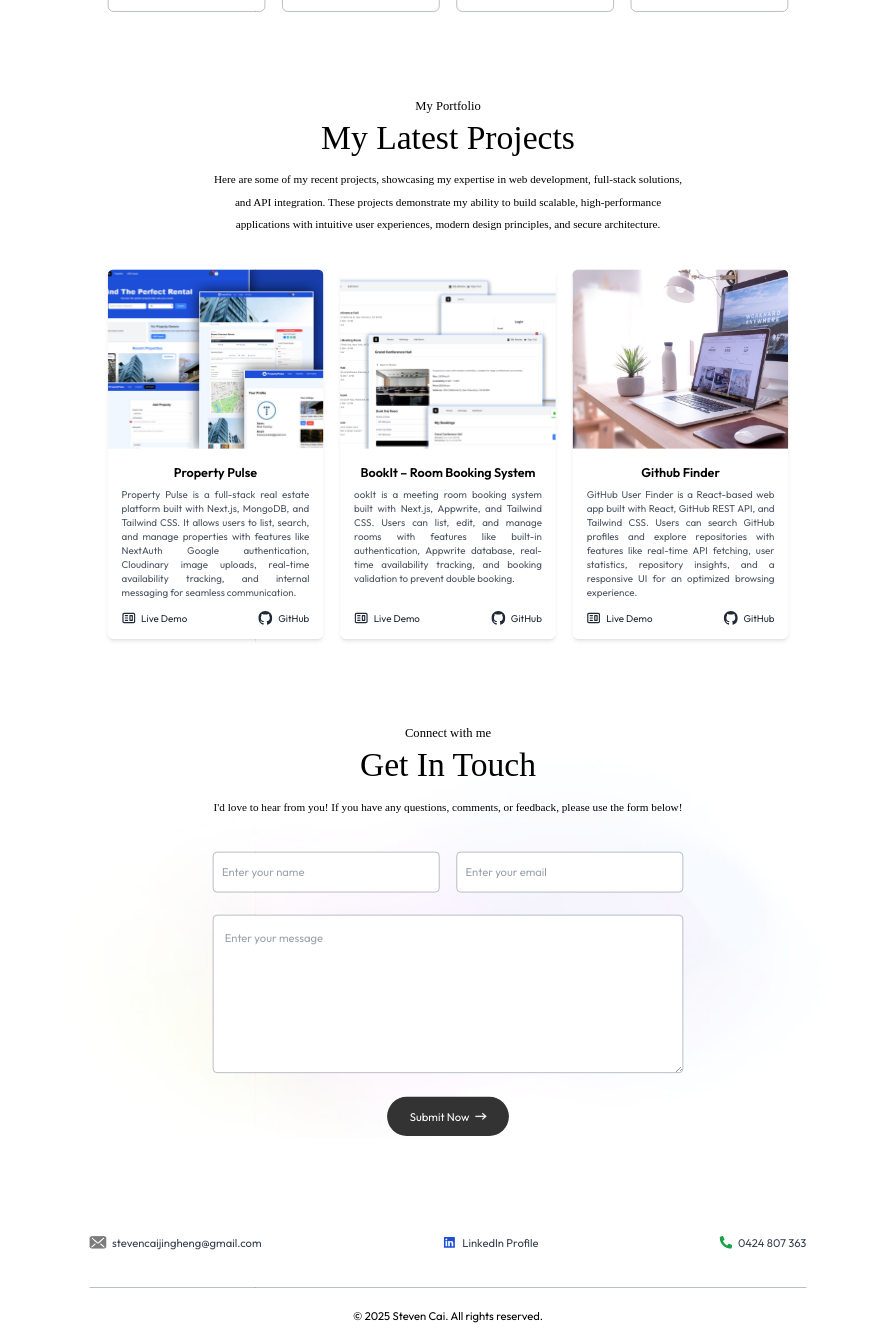
Repository: Steven4cai/profolio
Page: /
These files come from the project's save history. The page is drawn as it stood at one moment and after a run of saves; the edit follows.
The browser window is 1280 px wide. The pictures show the part of the page from y = 2257 to 4177 px (the page is 4177 px tall), at 70% of full size.
Some web fonts or font styles are not loaded; a fallback is used. The project was rebuilt for these pictures with package versions that can differ from the ones it lists, and the page was loaded fresh each time. The framework's server and built-in components were replaced by stand-ins that run in the browser. Also part of the build but not shown: next.config.mjs.

Above is the page before, as saved 2025-02-09 14:27:28.

### app/layout.js
import {Outfit,Ovo} from "next/font/google";
import "./globals.css";

const outfit = Outfit({
  subsets: ["latin"],weight:["400","500","600","700"]
});

const ovo = Ovo({
  subsets: ["latin"],weight:["400"]
});

export const metadata = {
  title: "Profolio - Steven",
  description: "",
};

export default function RootLayout({ children }) {
  return (
    <html lang="en" className="scroll-smooth ">
      <body className={`${outfit.className} ${ovo.className} antialiased leading-8 overflow-x-hidden
      dark:bg-darkTheme dark:text-white`}>
        <main>{children}</main>
      </body>
    </html>
  );
}

### app/page.js
'use client'
import About from "@/components/About";
import Header from "@/components/Header";
import Navbar from "@/components/Navbar";
import Services from "@/components/Services";
import Work from "@/components/Work";
import Contact from "@/components/Contact";
import Footer from "@/components/Footer";
import { useEffect, useState } from "react";

export default function Home() {
  const [isDark,setIsDark] = useState(false)

  useEffect(()=>{
    if(localStorage.theme === 'dark' || (!('theme' in localStorage) && window.matchMedia('(prefers-color-scheme:dark)').matches)){
      setIsDark(true)
    }else{
      setIsDark(false)
    }
  },[])

  useEffect(()=>{
    if(isDark){
      document.documentElement.classList.add('dark')
      localStorage.theme = 'dark'
    }else{
      document.documentElement.classList.remove('dark')
      localStorage.theme = ''
    }
  } ,[isDark])
  return (
    <>
    <Navbar isDark = {isDark} setIsDark = {setIsDark}/>
    <Header isDark = {isDark}/>
    <About isDark = {isDark}/>
    <Services isDark = {isDark}/>
    <Work isDark = {isDark}/>
    <Contact isDark = {isDark}/>
    <Footer isDark = {isDark}/>
    </>
  );
}

### components/About.jsx
import Image from 'next/image'
import React from 'react'
import {assets, infoList, toolsData} from '@/assets/assets'


const About = ({isDark}) => {
  return (
    <div id='about' className='w-full px-[12%] py-10 scroll-mt-20'>
      <h4 className='text-center mb-2 text-lg font-Ovo'>Introduction</h4>
      <h2 className='text-center text-5xl font-Ovo'>About Me</h2>

    <div className='flex w-full flex-col lg:flex-row items-center gap-20 my-20'>
        <div className='w-64 sm:w-80 rounded-3xl max-w-none'>
            <Image src={assets.user_image} alt='user'
            className='w-full rounded-3xl'/>
        </div>
        <div className='flex-1'>
            <p className='mb-10 max-w-2xl font-Ovo'>
            I am a web developer with a background in IT and software
         engineering. I specialize in building scalable and efficient web
          applications, focusing on clean code, performance optimization,
          and user experience. Skilled in both front-end and back-end
          technologies, I am always eager to learn and apply new solutions.
            </p>
            <ul className='grid grid-cols-1 sm:grid-cols-3 gap-6 max-w-2xl'>
                {infoList.map((info,index) => (
                    <li
                    className='border-[0.5px] border-gray-400 rounded-xl p-6
                    cursor-pointer hover:bg-lightHover hover:-translate-y-1 duration-500
                    hover:shadow-black
                    dark:border-white dark:hovr:shadow-white dark:hover:bg-darkHover/50'
                    key={index}>
                        <Image src={isDark ? info.iconDark : info.icon} alt={info.title} className='w-7 mt-3'/>
                        <h3 className='my-4 font-semiblod text-gray-700 dark:text-white'>{info.title}</h3>
                        <p className='text-gray-600 text-sm dark:text-white/80'>{info.description}</p>
                    </li>
                ))}
            </ul>

            <h4 className='my-6 text-gray-700 font-Ovo dark:text-white/80'>Tools I use</h4>


                <ul className='flex items-center gap-3 sm:gap-5'>
                    {toolsData.map((tool,index) => (
                        <li className=
                        'flex items-center justify-center w-12 sm:w-14 aspect-square border border-gray-400 rounded-lg cursor-pointer hover:-translate-y-1 duration-500'
                         key={index}>
                            <Image src={tool} alt='Tool' className='w-5 sm:w-7' />
                        </li>
                    ))}
                </ul>
        </div>
    </div>

    </div>
  )
}

export default About

### components/Header.jsx
import React from 'react'
import Image from 'next/image'
import {assets} from '@/assets/assets'

const Header = () => {
  return (
    <div className=
    'w-11/12 max-w-3xl text-center mx-auto h-screen flex flex-col items-center justify-center gap-4'>
      <div>
        <Image src={assets.profile_img} alt='' className='rounded-full w-32'/>
      </div>
      <h3 className='flex items-end gap-2 text-xl md:text-2xl mb-3 font-Ovo'>Hi! I'm Steven Cai <Image src={assets.hand_icon} alt='' className='w-6'/></h3>
        <h1 className='text-3xl sm:text-6xl lg:text-[66px] font-Ovo'>Frontend web developer based in Sydney</h1>
        <p className='max-w-2xl mx-auto font-Ovo'>
          Web developer with a strong foundation in software engineering,
           specializing in building efficient, scalable, and user-friendly
            applications.
        </p>
        <div className=
        'flex flex-col sm:flex-row items-center gap-4 mt-4'>
            <a href="#contact"
             className='px-10 py-3 border rounded-full bg-black text-white flex items-center gap-2
             dark:bg-transparent'>
                Contact me  <Image src={assets.right_arrow_white} alt='' className='w-4'/></a>
            <a href="/Steven_Cai_ITResume.pdf" download
            className='px-10 py-3 border rounded-full border-gray-500 flex items-center gap-2
            bg-white dark:text-black'
            >My resume  <Image src={assets.download_icon} alt='' className='w-4'/></a>

        </div>


    </div>
  )
}

export default Header

### components/Navbar.jsx
'use client'

import Image from 'next/image'
import React, { useEffect, useState } from 'react'
import {assets} from '@/assets/assets'

const Navbar = ({isDark,setIsDark}) => {
    const [isScroll, setIsScrool] = useState(false)

    const [isMenuOpen, setIsMenuOpen] = useState(false);

    const openMenu = () => {
        setIsMenuOpen(true);
    };

    const closeMenu = () => {
        setIsMenuOpen(false);
    };

    useEffect(()=>{
        window.addEventListener('scroll',()=>{
            if(scrollY > 50){
                setIsScrool(true)
            }else{
                setIsScrool(false)
            }
        })
    } ,[])

    return (
        <>
            <div className='fixed top-0 right-0 w-11/12 -z-10 translate-y-[-80%] dark:hidden'>
                <Image src={assets.header_bg_color} alt='' className='w-full' />
            </div>

            <nav className={`w-full fixed px-5 lg:px-8 xl:px-[8%] py-4 flex
                items-center justify-between z-50 ${isScroll
                ? 'bg-white bg-opacity-50 backdrop-blur-lg shadow-sm dark:bg-darkTheme dark:shadow-white/20'
                : ''}`}>
                <a href="#top">
                    <Image alt='logo' className='w-28 cursor-pointer mr-14 bg-white rounded-full' src={assets.logo} />
                </a>

                <ul className={`hidden md:flex items-center gap-6
                    lg:gap-8 rounded-full px-12 py-3
                    ${isScroll ?'' : 'bg-white shadow-sm bg-opacity-50 dark:border dark:border-white/50 dark:bg-transparent'}`}>
                    <li><a className='font-Ovo' href="#top">Home</a></li>
                    <li><a className='font-Ovo' href="#about">About me</a></li>
                    <li><a className='font-Ovo' href="#services">Services</a></li>
                    <li><a className='font-Ovo' href="#work">My Work</a></li>
                    <li><a className='font-Ovo' href="#contact">Contact me</a></li>
                </ul>

                <div className='flex items-center gap-4'>

                    <button onClick={() => setIsDark(prev => !prev)}>
                        <Image src={isDark ? assets.sun_icon : assets.moon_icon} alt='' className='w-6' />
                    </button>

                    <a href='/contact' className='hidden lg:flex items-center gap-3 px-10 py-2.5
                    border border-gray-500 rounded-full ml-4 font-Ovo
                    dark:border-white/50'>
                        Contact <Image className='w-3' src={isDark ?assets.arrow_icon_dark :assets.arrow_icon} alt='arrowicon' />
                    </a>

                    {/* Menu Button for Mobile */}
                    <button className='block md:hidden ml-3' onClick={openMenu}>
                        <Image src={isDark ?assets.menu_white :assets.menu_black} alt='' className='w-6' />
                    </button>
                </div>

                {/* Mobile Menu */}
                <ul className={`flex flex-col gap-4 py-20 px-10
                fixed -right-0 top-0 bottom-0 w-64 z-50 h-screen bg-rose-50
                transition duration-500' dark:bg-darkHover dark:text-white
                ${isMenuOpen ? 'translate-x-0' : 'translate-x-[16rem]'} md:hidden`}>
                    {/* Close Button */}
                    <div className='absolute right-6 top-6' onClick={closeMenu}>
                        <Image src={isDark ?assets.close_white :assets.close_black} alt='' className='w-5 cursor-pointer' />
                    </div>

                    <li><a onClick={closeMenu} className='font-Ovo' href="#top">Home</a></li>
                    <li><a onClick={closeMenu} className='font-Ovo' href="#about">About me</a></li>
                    <li><a onClick={closeMenu} className='font-Ovo' href="#services">Services</a></li>
                    <li><a onClick={closeMenu} className='font-Ovo' href="#work">My Work</a></li>
                    <li><a onClick={closeMenu} className='font-Ovo' href="#contact">Contact me</a></li>
                </ul>
            </nav>
        </>
    )
}

export default Navbar;

### components/Services.jsx
import React from "react";
import { TbWorld } from "react-icons/tb";
import { RiStackFill } from "react-icons/ri";
import { AiOutlineApi } from "react-icons/ai";
import { MdSecurity } from "react-icons/md";

export const serviceData = [
  { icon: <TbWorld className="text-4xl text-gray-700 dark:text-white" />, title: 'Frontend Development', description: 'Building modern, responsive, and interactive web applications using React.js, Next.js, and Tailwind CSS to ensure seamless user experience.', link: '' },
  { icon: <RiStackFill className="text-4xl text-gray-700 dark:text-white" />, title: 'Full-Stack Development', description: 'Developing scalable web applications with Next.js, Appwrite, MongoDB, and Firebase, handling both frontend and backend efficiently.', link: '' },
  { icon: <AiOutlineApi className="text-4xl text-gray-700 dark:text-white" />, title: 'API Development & Integration', description: 'Creating and integrating RESTful APIs to enable smooth data communication between systems, ensuring high performance and security.', link: '' },
  { icon: <MdSecurity className="text-4xl text-gray-700 dark:text-white" />, title: 'Authentication & Security', description: 'Implementing secure authentication using NextAuth.js, OAuth, JWT, and Firebase Auth, ensuring data protection and user privacy.', link: '' },
];

const Services = () => {
  return (
    <div id='services' className='w-full px-[12%] py-10 scroll-mt-20'>
      <h4 className='text-center mb-2 text-lg font-Ovo'>What I offer</h4>
      <h2 className='text-center text-5xl font-Ovo'>My Services</h2>

      <p className='text-center max-w-2xl mx-auto mt-5 mb-12 font-Ovo'>
        I design and develop modern, high-performance web applications with
        a focus on efficiency, scalability, and seamless user experience. Whether
        it’s front-end UI/UX, full-stack solutions, or API integrations,
        I build robust and maintainable systems tailored to business needs.
      </p>

      <div className='grid grid-cols-1 sm:grid-cols-2 md:grid-cols-4 gap-6 my-10'>
        {serviceData.map(({ icon, title, description, link }, index) => (
          <div
            className='border border-gray-400 rounded-lg px-8 py-10 flex flex-col items-center text-center
              hover:shadow-black cursor-pointer hover:bg-lightHover hover:-translate-y-1 duration-500
              dark:hover:bg-darkHover dark:hover:shadow-white'
            key={index}
          >
            {icon}
            <h3 className='text-lg my-4 text-gray-700 dark:text-white'>{title}</h3>
            <p className='text-sm text-gray-600 leading-5 dark:text-white/80'>{description}</p>
          </div>
        ))}
      </div>
    </div>
  );
};

export default Services;

### components/Work.jsx
import { assets, workData } from '@/assets/assets';
import React from 'react';
import Image from 'next/image';
import Link from 'next/link';
import { BsGithub } from 'react-icons/bs';
import { CgWebsite } from 'react-icons/cg';

const Work = ({ isDark }) => {
  return (
    <div id="work" className="w-full px-[12%] py-10 scroll-mt-20">
      <h4 className="text-center mb-2 text-lg font-Ovo">My Portfolio</h4>
      <h2 className="text-center text-5xl font-Ovo">My Latest Projects</h2>

      <p className="text-center max-w-2xl mx-auto mt-5 mb-12 font-Ovo">
      Here are some of my recent projects, showcasing my expertise in web
       development, full-stack solutions, and API integration. These projects
        demonstrate my ability to build scalable, high-performance applications
         with intuitive user experiences, modern design principles, and secure
         architecture.
      </p>

      <div className="grid grid-cols-1 sm:grid-cols-2 md:grid-cols-3 gap-6 my-10">
  {workData.map((work, index) => (
    <div
      key={index}
      className="flex flex-col bg-white dark:bg-gray-900 rounded-lg shadow-md overflow-hidden group cursor-pointer"
    >
      {/* 背景图片部分 */}
      <div
        className="h-64 bg-cover bg-center transition-transform duration-500 group-hover:scale-105"
        style={{ backgroundImage: `url(${work.bgImage})` }}
      ></div>

      {/* 文字部分 */}
      <div
        className="p-5 w-full flex flex-col flex-grow transition-all duration-500 group-hover:-translate-y-2"
      >
        <h2 className="font-semibold text-lg dark:text-white text-center">
          {work.title}
        </h2>
        <p className="text-sm text-gray-600 dark:text-gray-300 mt-2 text-justify flex-grow">
          {work.description}
        </p>

        {/* 按钮部分 */}
        <div className="mt-4 flex justify-between items-center">
          <Link
            href={work.website}
            target="_blank"
            className="flex items-center gap-2 text-sm text-gray-800 dark:text-white hover:text-blue-500 transition-colors"
          >
            <CgWebsite className="text-xl" /> Live Demo
          </Link>

          <Link
            href={work.github}
            target="_blank"
            className="flex items-center gap-2 text-sm text-gray-800 dark:text-white hover:text-gray-600 transition-colors"
          >
            <BsGithub className="text-xl" /> GitHub
          </Link>
        </div>
      </div>
    </div>
  ))}
</div>

    </div>
  );
};

export default Work;

### components/Contact.jsx
'use client'
import { assets } from '@/assets/assets'
import React,{ useState } from 'react'
import Image from 'next/image'
const Contact = () => {

    const [result, setResult] = React.useState("");

  const onSubmit = async (event) => {
    event.preventDefault();
    setResult("Sending....");
    const formData = new FormData(event.target);

    formData.append("access_key", "d1d257f8-3b83-45d6-8d1c-4f4ca340e588");

    const response = await fetch("https://api.web3forms.com/submit", {
      method: "POST",
      body: formData
    });

    const data = await response.json();

    if (data.success) {
      setResult("Form Submitted Successfully");
      event.target.reset();
    } else {
      console.log("Error", data);
      setResult(data.message);
    }
  };


  return (
    <div id='contact' className='w-full px-[12%] py-10 scroll-mt-20 bg-[url("/footer-bg-color.png")] bg-no-repeat
    bg-center bg-[length:90%_auto] dark:bg-none'>
        <h4 className='text-center mb-2 text-lg font-Ovo'>Connect with me</h4>
        <h2 className='text-center text-5xl font-Ovo'>Get In Touch</h2>

        <p className='text-center max-w-2xl mx-auto mt-5 mb-12 font-Ovo'>
       I'd love to hear from you! If you have any questions, comments, or feedback, please use the form below!
        </p>

        <form onSubmit={onSubmit} className='max-w-2xl mx-auto'>
            <div className='grid grid-cols-auto gap-6 mt-10 mb-8'>
                <input
                className='flex-1 p-3 outline-none border-[0.5px] border-gray-400 rounded-md bg-white
                dark:bg-darkHover/30 dark:border-white/90'
                type="text" placeholder='Enter your name' required name="name" />
                <input
                className='flex-1 p-3 outline-none border-[0.5px] border-gray-400 rounded-md bg-white
                dark:bg-darkHover/30 dark:border-white/90'
                type="email" placeholder='Enter your email' required name="email" />
            </div>
            <textarea
            className='w-full p-4 outline-none border-[0.5px] border-gray-400 rounded-md bg-white mb-6
            dark:bg-darkHover/30 dark:border-white/90'
            rows={6} placeholder='Enter your message'  name="message" required></textarea>
            <button
            className='py-3 px-8 w-max flex items-center justify-between gap-2 bg-black/80 text-white rounded-full
            mx-auto hover:bg-black duration-500 dark:bg-transparent dark:border-[0.5px] dark:hover:bg-darkHover'
            type='submit'>
                Submit Now <Image src={assets.right_arrow_white} alt='' className='w-4'/>
            </button>

            <p className='mt-4'>{result}</p>
        </form>
    </div>
  )
}

export default Contact

### components/Footer.jsx
import Image from 'next/image'
import React from 'react'
import { assets } from '@/assets/assets'
import { FaPhoneAlt } from "react-icons/fa";
import Link from 'next/link';
import { AiFillLinkedin } from "react-icons/ai";

const Footer = ({ isDark }) => {
  const currentYear = new Date().getFullYear();

  return (
    <div className='mt-20'>
      {/* 横向排列的社交信息 */}
      <div className='flex flex-wrap justify-center sm:justify-between items-center mx-[10%] text-center sm:text-left gap-6'>

        {/* 邮件 */}
        <div className='flex items-center gap-2'>
          <Image src={isDark ? assets.mail_icon_dark : assets.mail_icon} alt='mail' className='w-6' />
          <span className="text-gray-700 dark:text-white">stevencaijingheng@gmail.com</span>
        </div>

        {/* LinkedIn */}
        <Link href="https://www.linkedin.com/in/stevencai1" target="_blank" rel="noopener noreferrer">
          <div className='flex items-center gap-2 cursor-pointer hover:text-blue-500 transition'>
            <AiFillLinkedin className='text-blue-700 dark:text-blue-400 text-xl' />
            <span className="text-gray-700 dark:text-white">LinkedIn Profile</span>
          </div>
        </Link>

        {/* 电话 */}
        <div className='flex items-center gap-2'>
          <FaPhoneAlt className='text-green-600 text-lg' />
          <span className="text-gray-700 dark:text-white">0424 807 363</span>
        </div>
      </div>

      {/* 底部版权信息 */}
      <div className='text-center border-t border-gray-400 mx-[10%] mt-12 py-6'>
        <p>&copy; {currentYear} Steven Cai. All rights reserved.</p>
      </div>
    </div>
  )
}

export default Footer;

### tailwind.config.mjs
/** @type {import('tailwindcss').Config} */
export default {
  content: [
    "./pages/**/*.{js,ts,jsx,tsx,mdx}",
    "./components/**/*.{js,ts,jsx,tsx,mdx}",
    "./app/**/*.{js,ts,jsx,tsx,mdx}",
  ],
  theme: {
    extend: {
      colors: {
        lightHover: '#fcf4ff',
        darkHover: '#2a004a',
        darkTheme: '#11001F'
      },
      fontFamily:{
        Outfit:["Outfit", "sans-serif"],
        Ovo: ["Ovo", "serif"]
      },
      boxShadow:{
        'black': '4px 4px 0 #000',
        'white': '4px 4px 0 #fff',
      },
      gridTemplateColumns:{
        'auto':'repeat(auto-fit,minmax(200px,1fr))'
      }
    },
  },
  darkMode: 'selector',
  plugins: [],
};

Loaded but not shown: app/globals.css (common file); assets/assets.js (123 lines, source omitted)

After the next 2 saves:
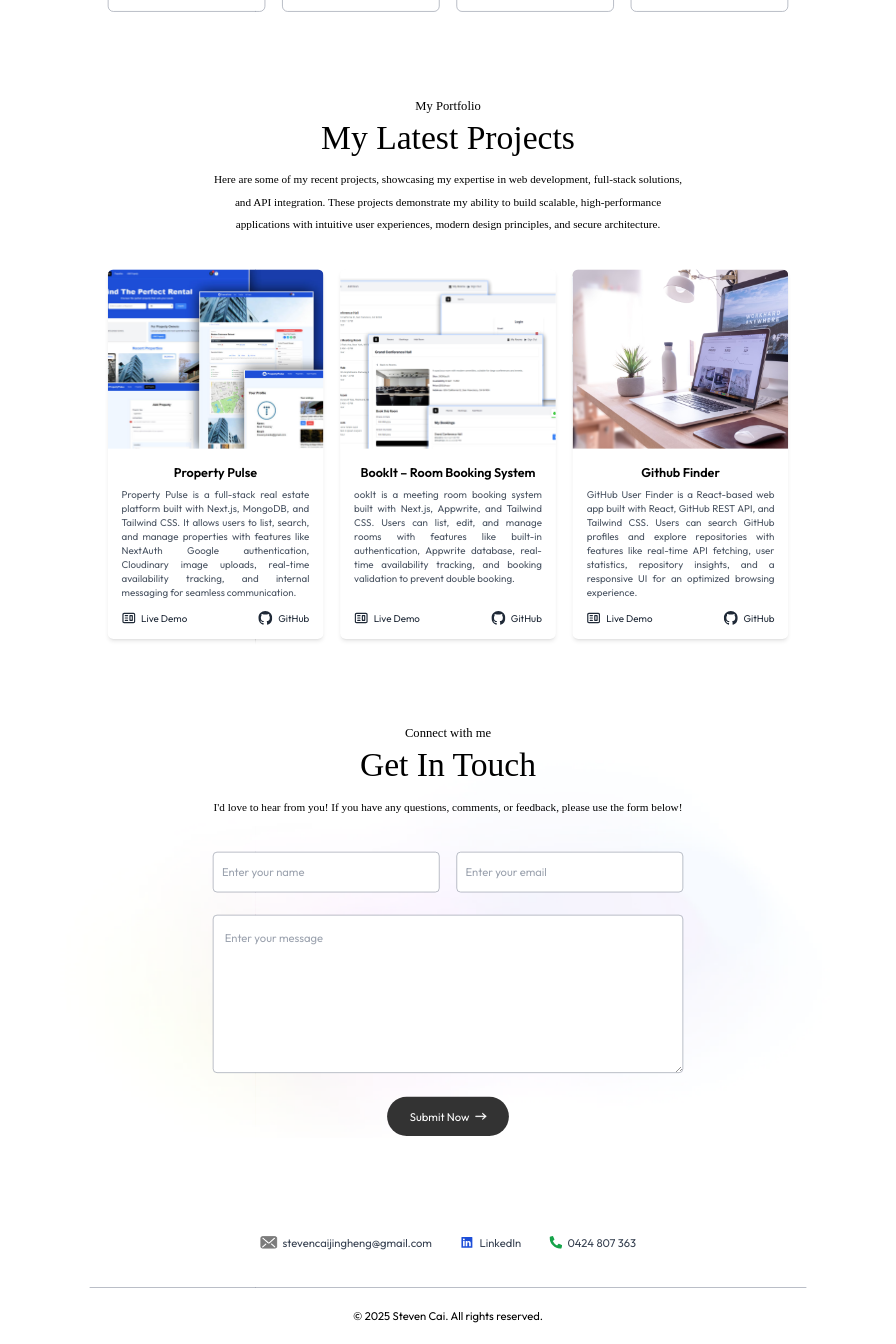
The 2 saves are shown as one change because they came seconds apart.
The last was saved 34 s later.
--- a/components/Footer.jsx
+++ b/components/Footer.jsx
@@ -10,8 +10,9 @@ const Footer = ({ isDark }) => {
 
   return (
     <div className='mt-20'>
-      {/* 横向排列的社交信息 */}
-      <div className='flex flex-wrap justify-center sm:justify-between items-center mx-[10%] text-center sm:text-left gap-6'>
+
+      {/* 横向居中排列，留出间距 */}
+      <div className='flex justify-center gap-10 items-center text-center'>
 
         {/* 邮件 */}
         <div className='flex items-center gap-2'>
@@ -23,7 +24,7 @@ const Footer = ({ isDark }) => {
         <Link href="https://www.linkedin.com/in/stevencai1" target="_blank" rel="noopener noreferrer">
           <div className='flex items-center gap-2 cursor-pointer hover:text-blue-500 transition'>
             <AiFillLinkedin className='text-blue-700 dark:text-blue-400 text-xl' />
-            <span className="text-gray-700 dark:text-white">LinkedIn Profile</span>
+            <span className="text-gray-700 dark:text-white">LinkedIn</span>
           </div>
         </Link>
 
